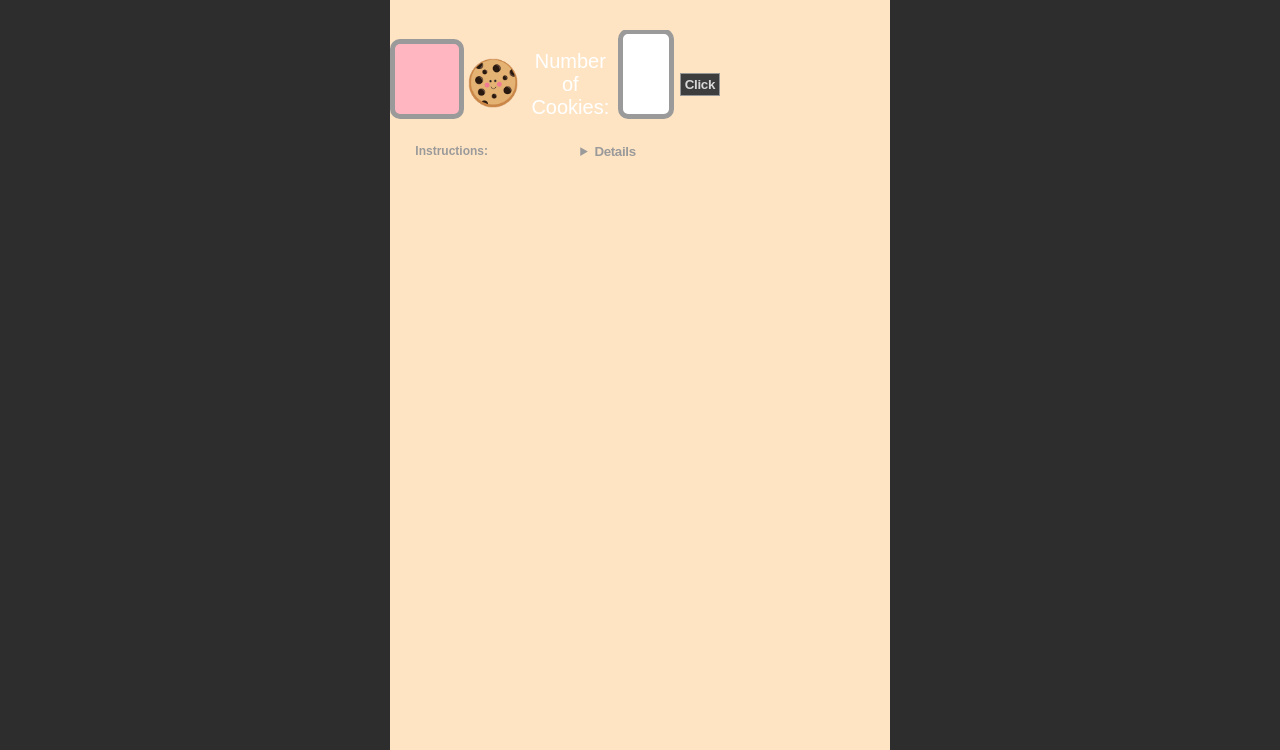
Repository: f00d4tehg0dz/elgato-streamdeck-cookie-clicker
Page: com.f00d4tehg0dz.cookieclicker.sdPlugin/cookieclicker.html
These files come from the project's save history. The page is drawn as it stood at one moment and after the next save; the edit follows.
The browser window is 1280 px wide. The pictures show the whole page.

Above is the page before, as saved 2022-01-28 12:01:13.

After the next save:
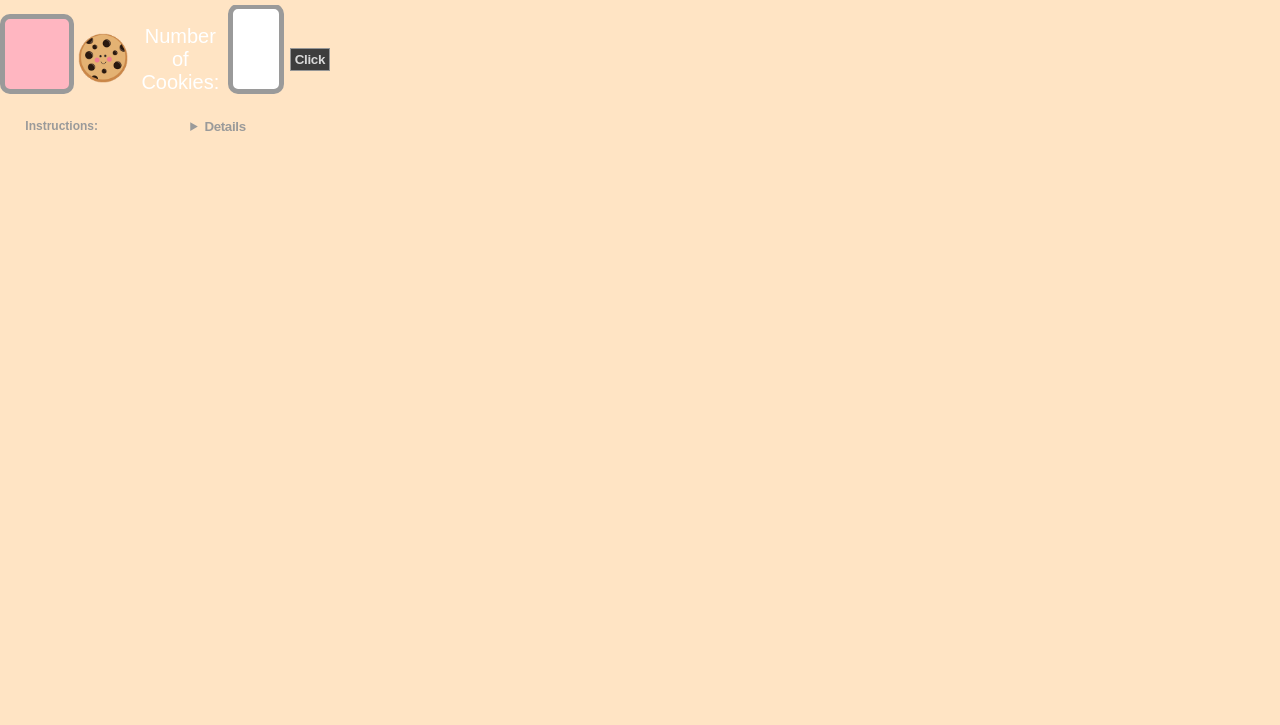
Saved 10 s later.
--- a/com.f00d4tehg0dz.cookieclicker.sdPlugin/css/styles.css
+++ b/com.f00d4tehg0dz.cookieclicker.sdPlugin/css/styles.css
@@ -1,8 +1,8 @@
 body {
-  padding-top: 30px;
+  padding-top: 5px;
   font-family: Arial;
   background-color: bisque;
-  width: 500px;
+
   margin: auto;
   text-align: center;
 }
